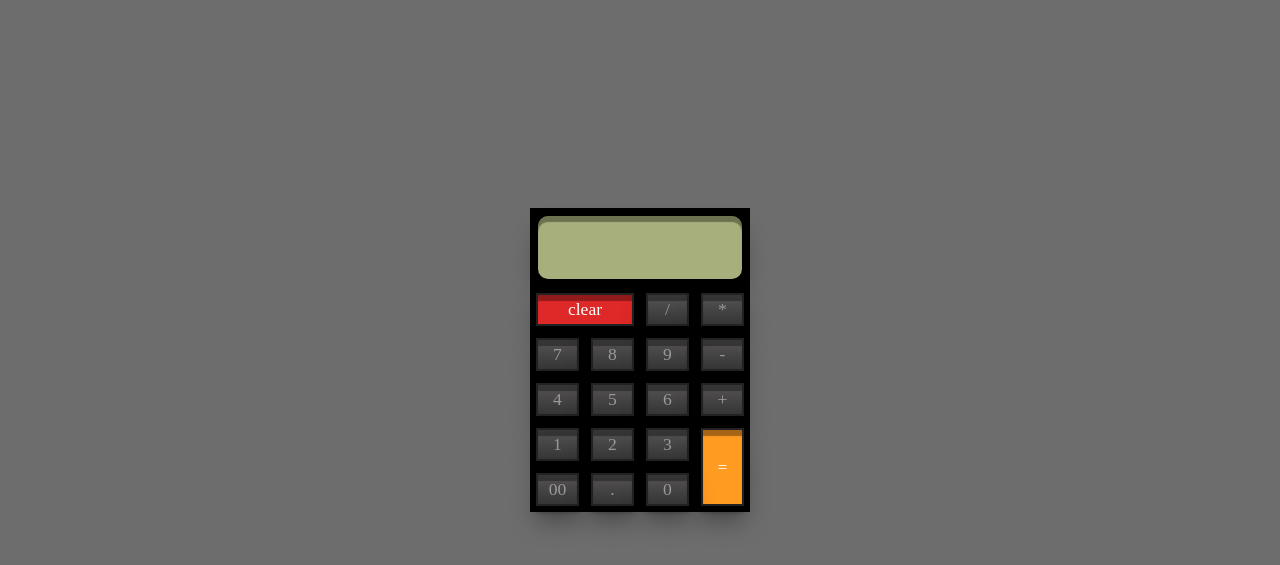
Repository: JunaidAnsari202/calculator
Page: index.html
The author's editor kept a copy of each file at every save. The page is drawn from the files as they stood at one save, then again after a run of saves.
The browser window is 1280 px wide. The pictures show the whole page.

Above is the page before, as saved 2023-10-28 15:03:45.

After the next 4 saves:
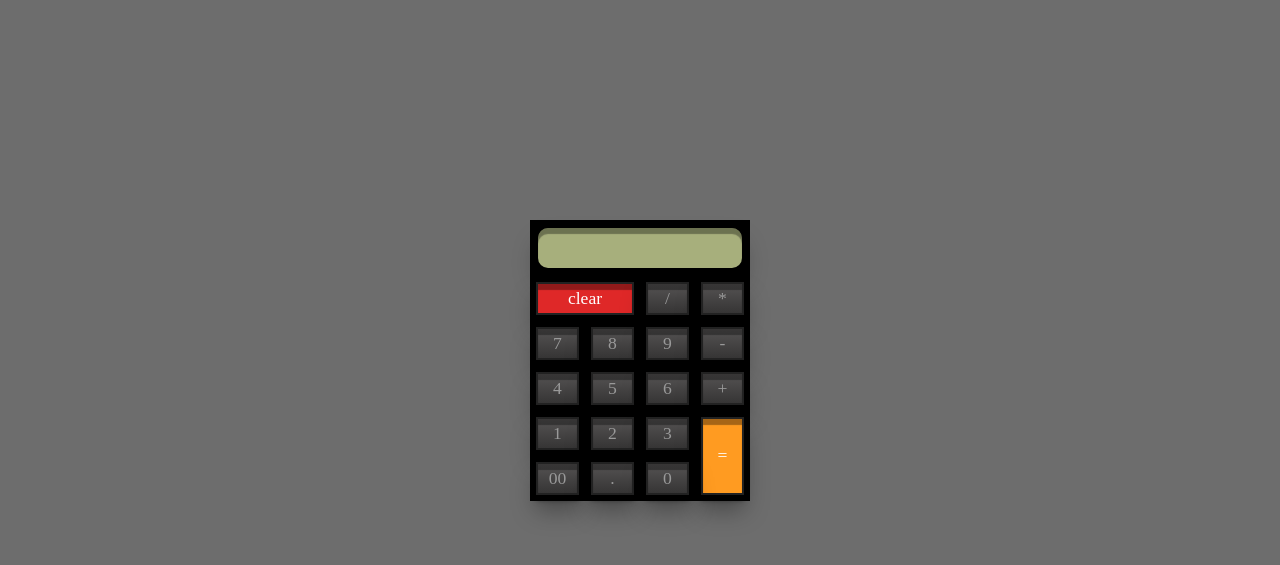
The 4 saves are shown as one change because they came seconds apart.
The last was saved 5 s later.
--- a/style.css
+++ b/style.css
@@ -35,7 +35,7 @@
     position: relative;
     margin: 8px;
     grid-column: span 4;
-    height: 1.rem;
+    height: 2.5rem;
     line-height: 100px;
     padding: 0 5px ;
     border-radius: 10px;

After the 2 saves that followed:
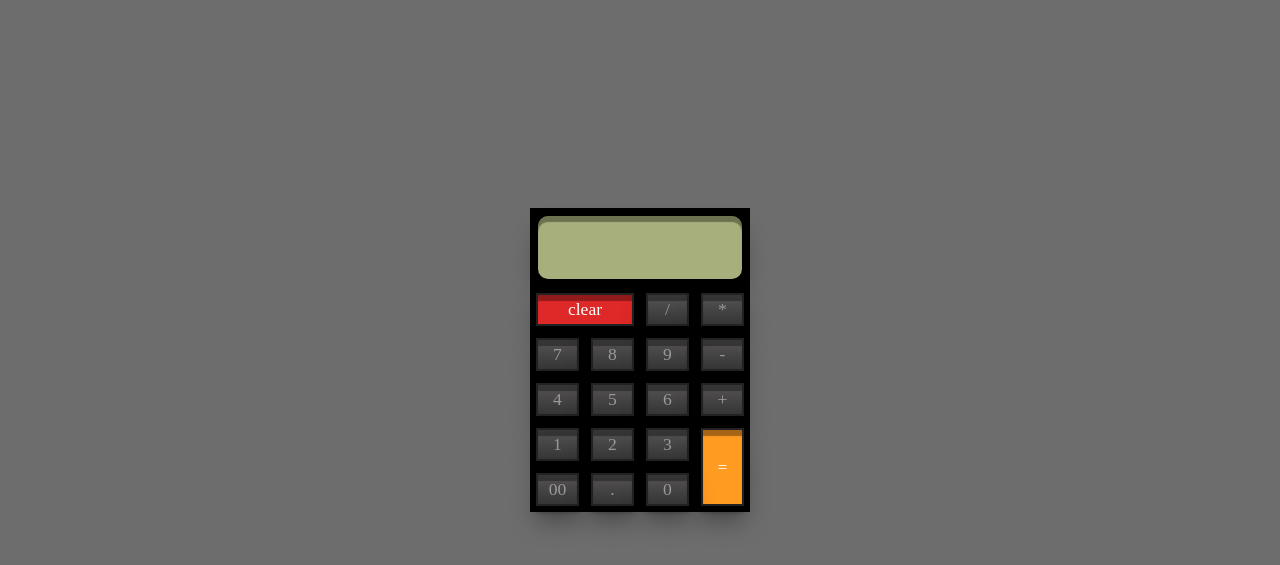
The 2 saves are shown as one change because they came seconds apart.
The last was saved 7 s later.
--- a/style.css
+++ b/style.css
@@ -35,7 +35,7 @@
     position: relative;
     margin: 8px;
     grid-column: span 4;
-    height: 2.5rem;
+    height: rem;
     line-height: 100px;
     padding: 0 5px ;
     border-radius: 10px;
